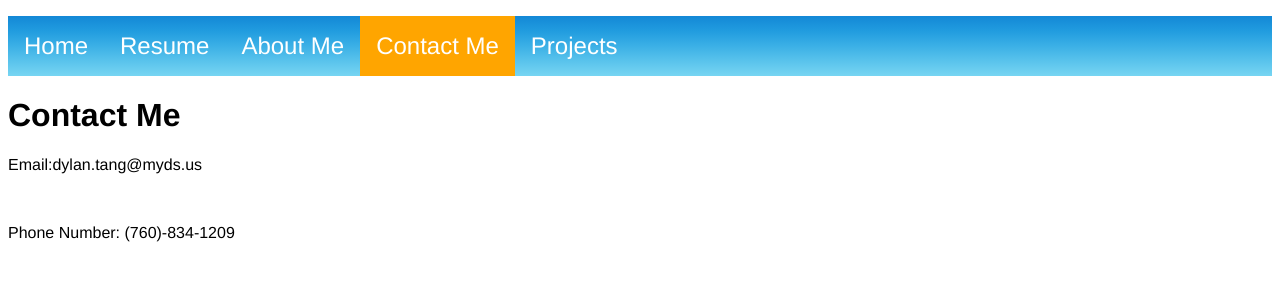
Repository: TangDylan/TangDylan.github.io
Page: contactme.html
The author's editor kept a record of every edit. The page is drawn from the files as they stood at one moment, then again after the next edit.
The browser window is 1280 px wide. The pictures show the whole page.

Above is the page before.

After the next edit:
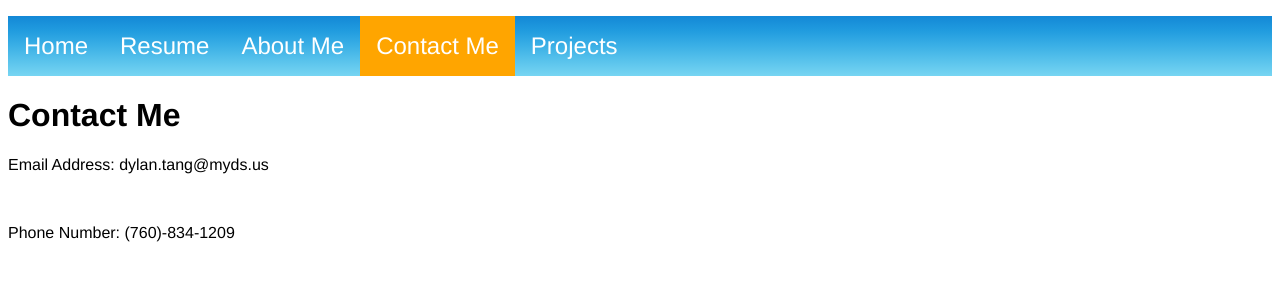
The edit:
--- a/contactme.html
+++ b/contactme.html
@@ -31,7 +31,7 @@
         <h1>
           Contact Me
         </h1>
-        <p>Email:dylan.tang@myds.us</p>
+        <p>Email Address: dylan.tang@myds.us</p>
         <br>
         <p>Phone Number: (760)-834-1209</p>
 
